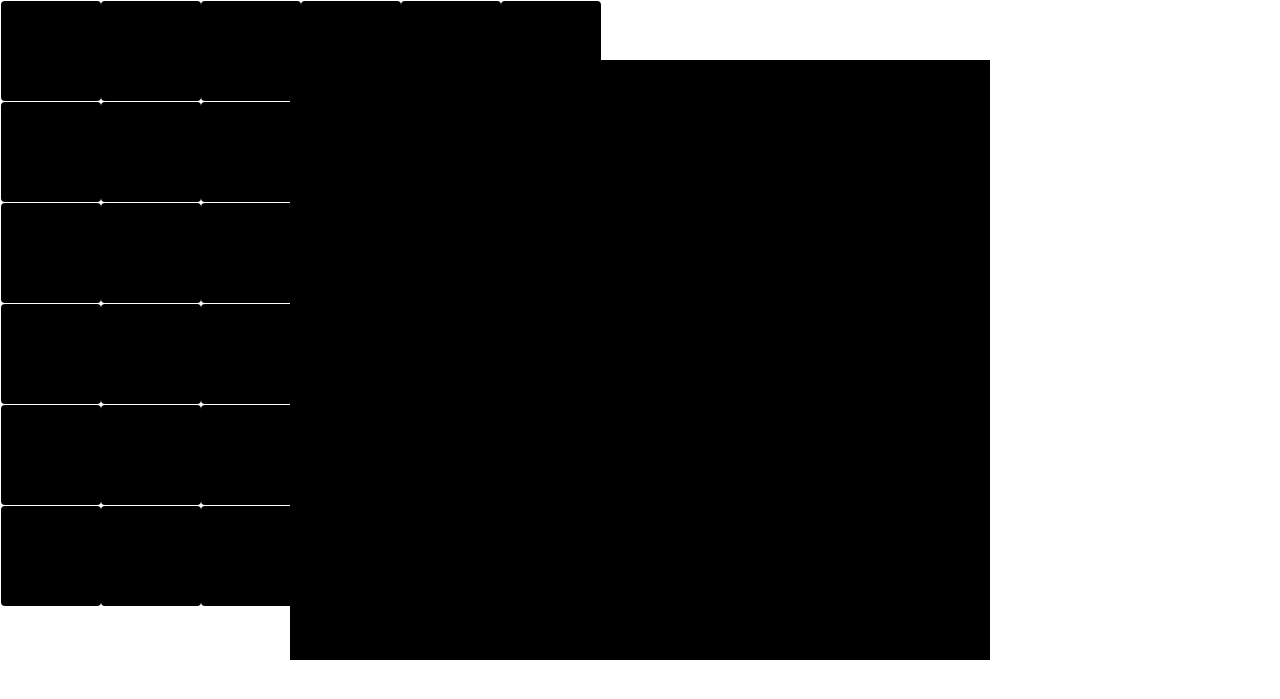
Repository: Lytecyde/emomemo
Page: html/index.html
An editor plug-in stored every save of this project. The page is shown before and after the next save, followed by the edit.
The browser window is 1280 px wide. The pictures show the whole page.

Above is the page before, as saved 2020-03-31 09:24:51.

After the next save:
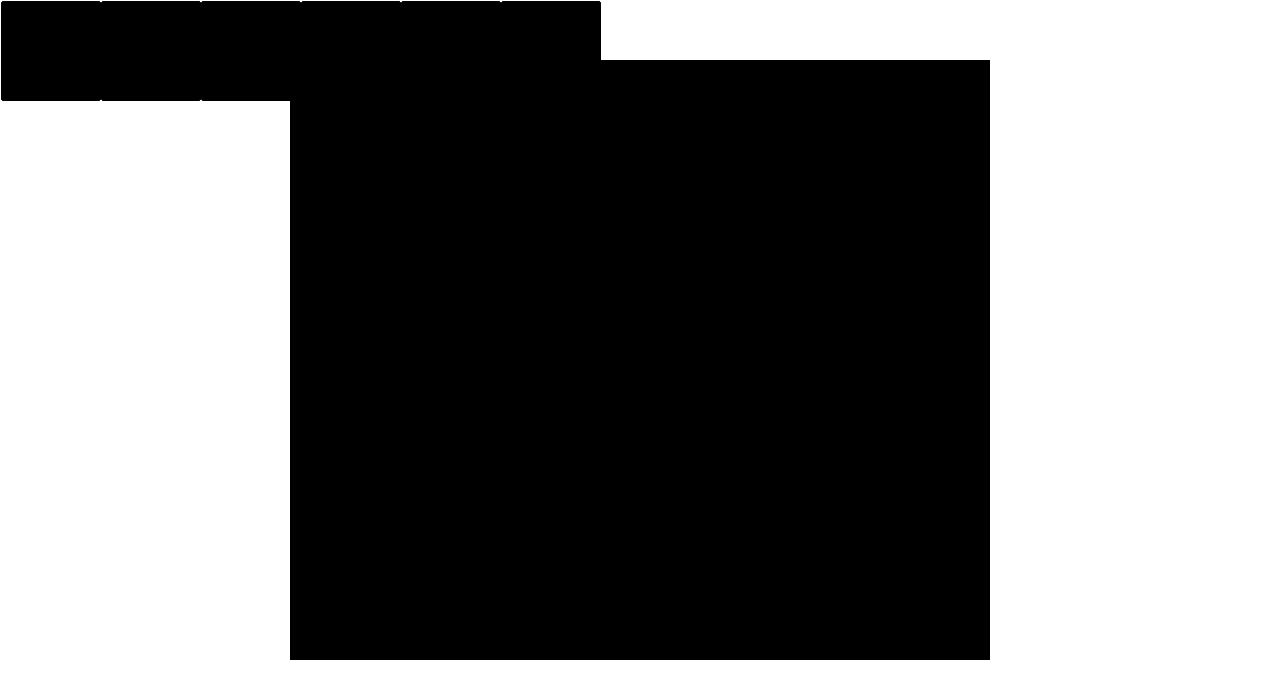
Saved 4 min 41 s later.
--- a/css/style.css
+++ b/css/style.css
@@ -1,21 +1,21 @@
 #table {
     position: absolute;
-  margin: auto;
-  top: 0;
-  right: 0;
-  bottom: 0;
-  left: 0;
-  width: 700px;
-  height: 600px;
-  background-color: black;
+    margin: auto;
+    top: 0;
+    right: 0;
+    bottom: 0;
+    left: 0;
+    width: 700px;
+    height: 600px;
+    background-color: black;
 }
 
 #column {
-    position: relative;
+    position: absolute;
 }
 
 .card-flip {
-    position: relative;
+    position: absolute;
     background-color: aqua;
     width: 100px;
     height: 100px;
@@ -25,7 +25,7 @@
 }
 
 .card {
-    position: relative;
+    position: absolute;
     background: #000;
     font-size: 80px;
     color:white;

After the save that followed:
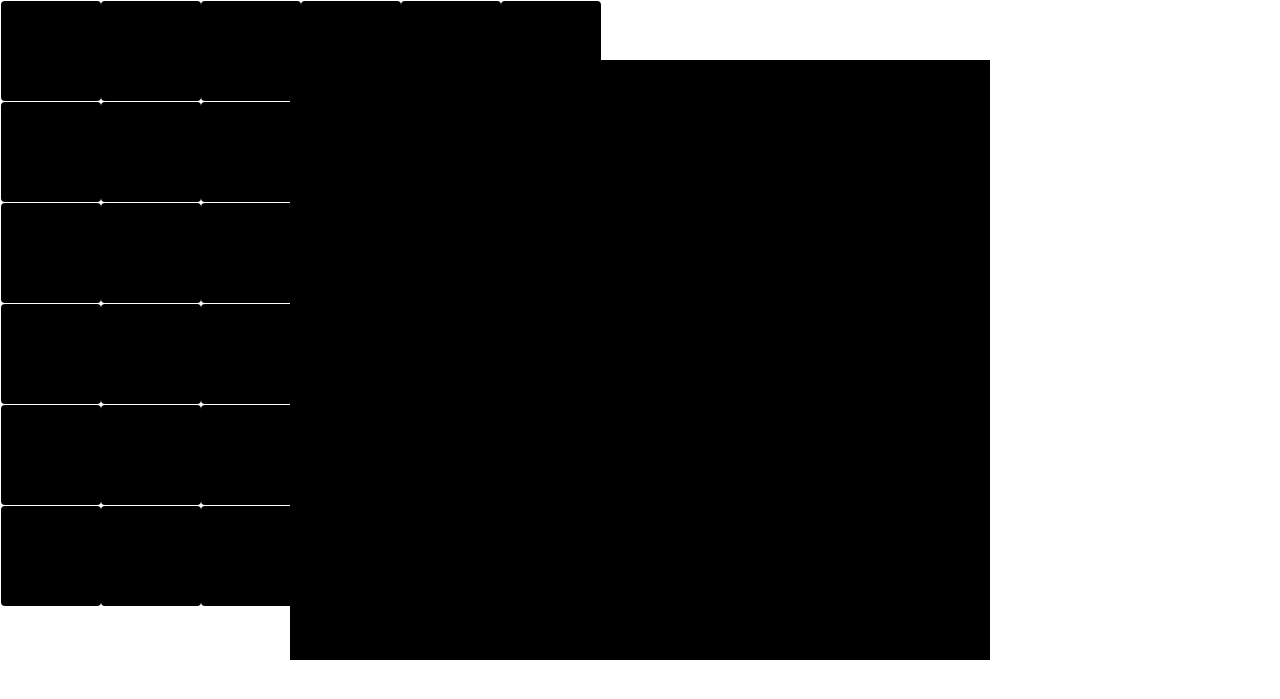
Saved 4 min 20 s later.
--- a/css/style.css
+++ b/css/style.css
@@ -15,7 +15,7 @@
 }
 
 .card-flip {
-    position: absolute;
+    position: relative;
     background-color: aqua;
     width: 100px;
     height: 100px;
@@ -25,7 +25,7 @@
 }
 
 .card {
-    position: absolute;
+    position: relative;
     background: #000;
     font-size: 80px;
     color:white;
